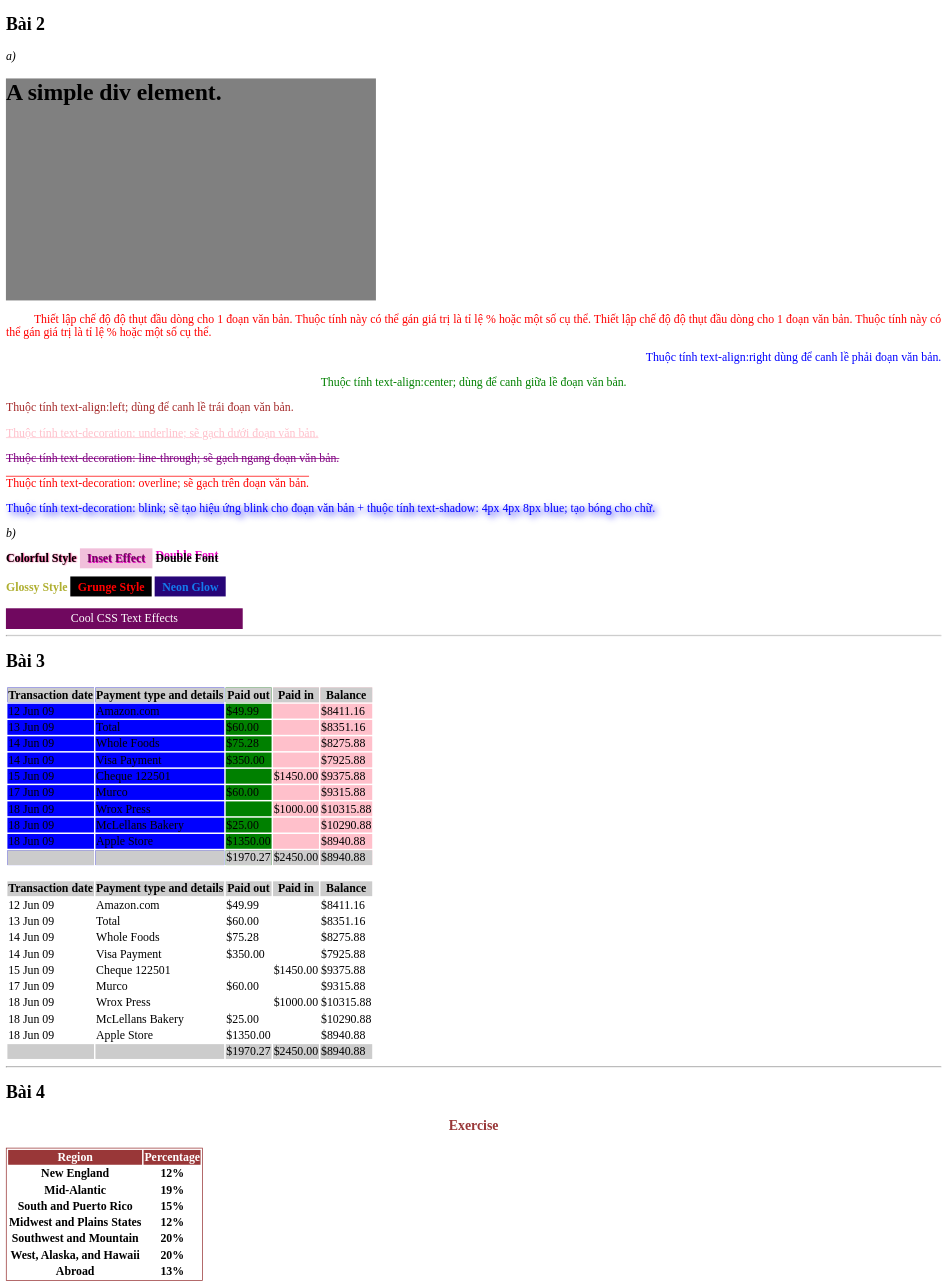
Repository: hoangnguyen1903/STT_21084321_NguyenHuyHoang_DHKHMT17B
Page: html/index.html
These files come from the project's save history. The page is drawn as it stood at one moment and after the next save; the edit follows.
The browser window is 1280 px wide. The pictures show the whole page, at 74% of full size.

Above is the page before, as saved 2023-03-02 14:25:37.

### html/index.html
<!DOCTYPE html>
<html lang="en">
  <head>
    <meta charset="UTF-8" />
    <meta http-equiv="X-UA-Compatible" content="IE=edge" />
    <meta name="viewport" content="width=device-width, initial-scale=1.0" />
    <title>CSS</title>

    <style>
      #bai4 > table,
      #bai4 > tr,
      #bai4 > th,
      #bai4 > td {
        font-family: "Trebuchet MS, Arial, Helvetica, sans-serif";
        border: 1px solid #993738;
      }

      #bai4 > h3 {
        color: #993738;
        text-align: center;
      }

      #bai4 > table > thead {
        color: #fff;
        background-color: #993738;
      }
    </style>
  </head>
  <body>
    <h2><b>Bài 2</b></h2>
    <p><i>a)</i></p>
    <div
      id="container"
      style="width: 500px; height: 300px; background-color: gray"
    >
      <h1>A simple div element.</h1>
    </div>
    <p style="text-indent: 1cm; color: red; text-align: justify">
      Thiết lập chế độ độ thụt đầu dòng cho 1 đoạn văn bản. Thuộc tính này có
      thể gán giá trị là tỉ lệ % hoặc một số cụ thể. Thiết lập chế độ độ thụt
      đầu dòng cho 1 đoạn văn bản. Thuộc tính này có thể gán giá trị là tỉ lệ %
      hoặc một số cụ thể.
    </p>
    <p style="text-align: right; color: blue">
      Thuộc tính text-align:right dùng để canh lề phải đoạn văn bản.
    </p>
    <p style="text-align: center; color: green">
      Thuộc tính text-align:center; dùng để canh giữa lề đoạn văn bản.
    </p>
    <p style="text-align: left; color: brown">
      Thuộc tính text-align:left; dùng để canh lề trái đoạn văn bản.
    </p>
    <p style="text-decoration: underline; color: pink">
      Thuộc tính text-decoration: underline; sẽ gạch dưới đoạn văn bản.
    </p>
    <p style="text-decoration: line-through; color: purple">
      Thuộc tính text-decoration: line-through; sẽ gạch ngang đoạn văn bản.
    </p>
    <p style="text-decoration: overline; color: red">
      Thuộc tính text-decoration: overline; sẽ gạch trên đoạn văn bản.
    </p>
    <p
      style="
        text-decoration: blink;
        text-align: justify;
        color: blue;
        text-shadow: 4px 4px 8px blue;
      "
    >
      Thuộc tính text-decoration: blink; sẽ tạo hiệu ứng blink cho đoạn văn bản
      + thuộc tính text-shadow: 4px 4px 8px blue; tạo bóng cho chữ.
    </p>
    <p><i>b)</i></p>
    <div>
      <span
        style="
          color: black;
          font-weight: bold;
          text-shadow: 1px -1px 2px rgba(238, 12, 106, 0.986);
        "
        >Colorful Style</span
      >
      <span
        style="
          color: #70085f;
          background: #f1c0db;
          padding: 5px 10px;
          font-weight: bold;
          text-shadow: #eb0bc5 1px 1px 0;
        "
        >Inset Effect</span
      >
      <span style="text-shadow: 0px -5px 0 #eb0bc5; font-weight: bold"
        >Double Font</span
      >
    </div>
    <div style="margin-top: 20px">
      <span
        style="
          color: rgb(175, 175, 48);
          text-shadow: 4px 2px 2px #fff;
          font-weight: bold;
        "
        >Glossy Style</span
      >
      <span
        style="
          color: red;
          background-color: black;
          padding: 5px 10px;
          font-weight: bold;
        "
        >Grunge Style</span
      >
      <span
        style="
          color: rgb(20, 122, 238);
          background-color: rgb(39, 5, 119);
          padding: 5px 10px;
          font-weight: bold;
        "
        >Neon Glow</span
      >
    </div>
    <div
      style="
        color: #fff;
        background-color: #70085f;
        text-align: center;
        padding: 5px 10px;
        margin-top: 20px;
        width: 300px;
      "
    >
      Cool CSS Text Effects
    </div>
    <hr />
    <h2><b>Bài 3</b></h2>
    <table>
      <colgroup>
        <col span="6" style="background-color: blue" />
        <col span="6" style="background-color: blue" />
        <col span="2" style="background-color: green" />
        <col span="2" style="background-color: pink" />
        <col span="3" style="background-color: pink" />
      </colgroup>
      <tr style="background-color: #ccc">
        <th colspan="6">Transaction date</th>
        <th colspan="6">Payment type and details</th>
        <th colspan="2">Paid out</th>
        <th colspan="2">Paid in</th>
        <th colspan="3">Balance</th>
      </tr>

      <tr>
        <td colspan="6">12 Jun 09</td>
        <td colspan="6">Amazon.com</td>
        <td colspan="2">$49.99</td>
        <td colspan="2"></td>
        <td colspan="3">$8411.16</td>
      </tr>
      <tr>
        <td colspan="6">13 Jun 09</td>
        <td colspan="6">Total</td>
        <td colspan="2">$60.00</td>
        <td colspan="2"></td>
        <td colspan="3">$8351.16</td>
      </tr>
      <tr>
        <td colspan="6">14 Jun 09</td>
        <td colspan="6">Whole Foods</td>
        <td colspan="2">$75.28</td>
        <td colspan="2"></td>
        <td colspan="3">$8275.88</td>
      </tr>
      <tr>
        <td colspan="6">14 Jun 09</td>
        <td colspan="6">Visa Payment</td>
        <td colspan="2">$350.00</td>
        <td colspan="2"></td>
        <td colspan="3">$7925.88</td>
      </tr>
      <tr>
        <td colspan="6">15 Jun 09</td>
        <td colspan="6">Cheque 122501</td>
        <td colspan="2"></td>
        <td colspan="2">$1450.00</td>
        <td colspan="3">$9375.88</td>
      </tr>
      <tr>
        <td colspan="6">17 Jun 09</td>
        <td colspan="6">Murco</td>
        <td colspan="2">$60.00</td>
        <td colspan="2"></td>
        <td colspan="3">$9315.88</td>
      </tr>
      <tr>
        <td colspan="6">18 Jun 09</td>
        <td colspan="6">Wrox Press</td>
        <td colspan="2"></td>
        <td colspan="2">$1000.00</td>
        <td colspan="3">$10315.88</td>
      </tr>
      <tr>
        <td colspan="6">18 Jun 09</td>
        <td colspan="6">McLellans Bakery</td>
        <td colspan="2">$25.00</td>
        <td colspan="2"></td>
        <td colspan="3">$10290.88</td>
      </tr>
      <tr>
        <td colspan="6">18 Jun 09</td>
        <td colspan="6">Apple Store</td>
        <td colspan="2">$1350.00</td>
        <td colspan="2"></td>
        <td colspan="3">$8940.88</td>
      </tr>

      <tr style="background-color: #ccc">
        <td colspan="6"></td>
        <td colspan="6"></td>
        <td colspan="2">$1970.27</td>
        <td colspan="2">$2450.00</td>
        <td colspan="3">$8940.88</td>
      </tr>
    </table>
    <br />
    <table>
      <tr style="background-color: #ccc">
        <th colspan="6">Transaction date</th>
        <th colspan="6">Payment type and details</th>
        <th colspan="2">Paid out</th>
        <th colspan="2">Paid in</th>
        <th colspan="3">Balance</th>
      </tr>

      <tr>
        <td colspan="6">12 Jun 09</td>
        <td colspan="6">Amazon.com</td>
        <td colspan="2">$49.99</td>
        <td colspan="2"></td>
        <td colspan="3">$8411.16</td>
      </tr>
      <tr>
        <td colspan="6">13 Jun 09</td>
        <td colspan="6">Total</td>
        <td colspan="2">$60.00</td>
        <td colspan="2"></td>
        <td colspan="3">$8351.16</td>
      </tr>
      <tr>
        <td colspan="6">14 Jun 09</td>
        <td colspan="6">Whole Foods</td>
        <td colspan="2">$75.28</td>
        <td colspan="2"></td>
        <td colspan="3">$8275.88</td>
      </tr>
      <tr>
        <td colspan="6">14 Jun 09</td>
        <td colspan="6">Visa Payment</td>
        <td colspan="2">$350.00</td>
        <td colspan="2"></td>
        <td colspan="3">$7925.88</td>
      </tr>
      <tr>
        <td colspan="6">15 Jun 09</td>
        <td colspan="6">Cheque 122501</td>
        <td colspan="2"></td>
        <td colspan="2">$1450.00</td>
        <td colspan="3">$9375.88</td>
      </tr>
      <tr>
        <td colspan="6">17 Jun 09</td>
        <td colspan="6">Murco</td>
        <td colspan="2">$60.00</td>
        <td colspan="2"></td>
        <td colspan="3">$9315.88</td>
      </tr>
      <tr>
        <td colspan="6">18 Jun 09</td>
        <td colspan="6">Wrox Press</td>
        <td colspan="2"></td>
        <td colspan="2">$1000.00</td>
        <td colspan="3">$10315.88</td>
      </tr>
      <tr>
        <td colspan="6">18 Jun 09</td>
        <td colspan="6">McLellans Bakery</td>
        <td colspan="2">$25.00</td>
        <td colspan="2"></td>
        <td colspan="3">$10290.88</td>
      </tr>
      <tr>
        <td colspan="6">18 Jun 09</td>
        <td colspan="6">Apple Store</td>
        <td colspan="2">$1350.00</td>
        <td colspan="2"></td>
        <td colspan="3">$8940.88</td>
      </tr>

      <tr style="background-color: #ccc">
        <td colspan="6"></td>
        <td colspan="6"></td>
        <td colspan="2">$1970.27</td>
        <td colspan="2">$2450.00</td>
        <td colspan="3">$8940.88</td>
      </tr>
    </table>
    <hr />
    <h2><b>Bài 4</b></h2>
    <div id="bai4">
      <h3>Exercise</h3>
      <table>
        <thead>
          <tr>
            <th span="8">Region</th>
            <th span="6">Percentage</th>
          </tr>
        </thead>
        <tbody>
          <tr>
            <th span="8">New England</th>
            <th span="6">12%</th>
          </tr>
          <tr>
            <th span="8">Mid-Alantic</th>
            <th span="6">19%</th>
          </tr>
          <tr>
            <th span="8">South and Puerto Rico</th>
            <th span="6">15%</th>
          </tr>
          <tr>
            <th span="8">Midwest and Plains States</th>
            <th span="6">12%</th>
          </tr>
          <tr>
            <th span="8">Southwest and Mountain</th>
            <th span="6">20%</th>
          </tr>
          <tr>
            <th span="8">West, Alaska, and Hawaii</th>
            <th span="6">20%</th>
          </tr>
          <tr>
            <th span="8">Abroad</th>
            <th span="6">13%</th>
          </tr>
        </tbody>
      </table>
    </div>
  </body>
</html>

After the next save:
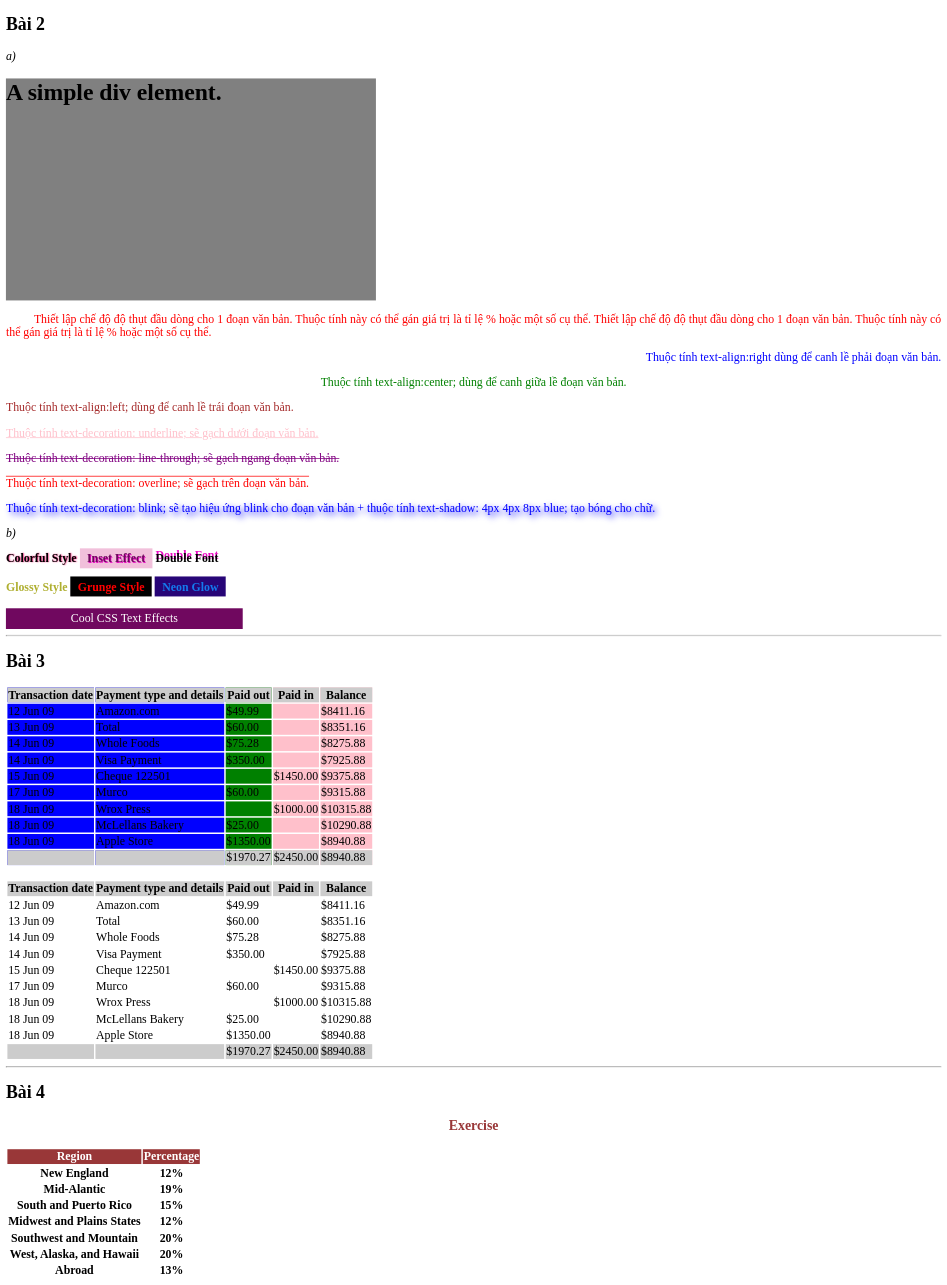
Saved 82 s later.
--- a/html/index.html
+++ b/html/index.html
@@ -12,7 +12,6 @@
       #bai4 > th,
       #bai4 > td {
         font-family: "Trebuchet MS, Arial, Helvetica, sans-serif";
-        border: 1px solid #993738;
       }
 
       #bai4 > h3 {
@@ -23,6 +22,7 @@
       #bai4 > table > thead {
         color: #fff;
         background-color: #993738;
+        border-bottom: 1px solid #993738;
       }
     </style>
   </head>
